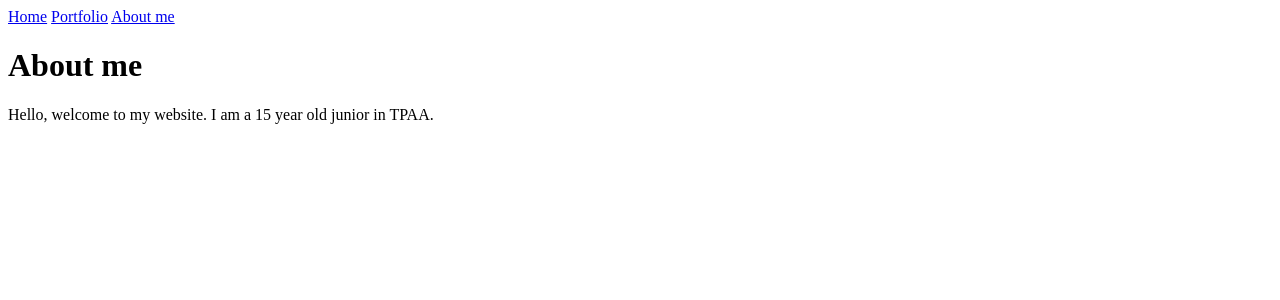
Repository: Cedric-floressantos/Cedric-floressantos.github.io
Page: my_website/Aboutme.html
The author's editor kept a record of every edit. The page is drawn from the files as they stood at one moment, then again after the next edit.
The browser window is 1280 px wide. The pictures show the whole page.

Above is the page before.

After the next edit:
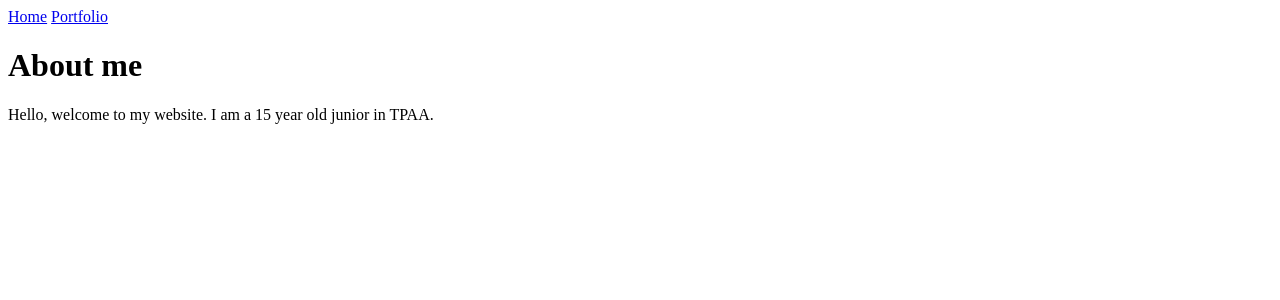
The edit:
--- a/my_website/Aboutme.html
+++ b/my_website/Aboutme.html
@@ -7,7 +7,6 @@
 	  <body>
     <a href="index.html">Home</a>
     <a href="portfolio.html">Portfolio</a>
-    <a href="Aboutme.html">About me</a>
     <h1>About me</h1>
     <p>Hello, welcome to my website. I am a 15 year old junior in TPAA.<p>
     <br>
